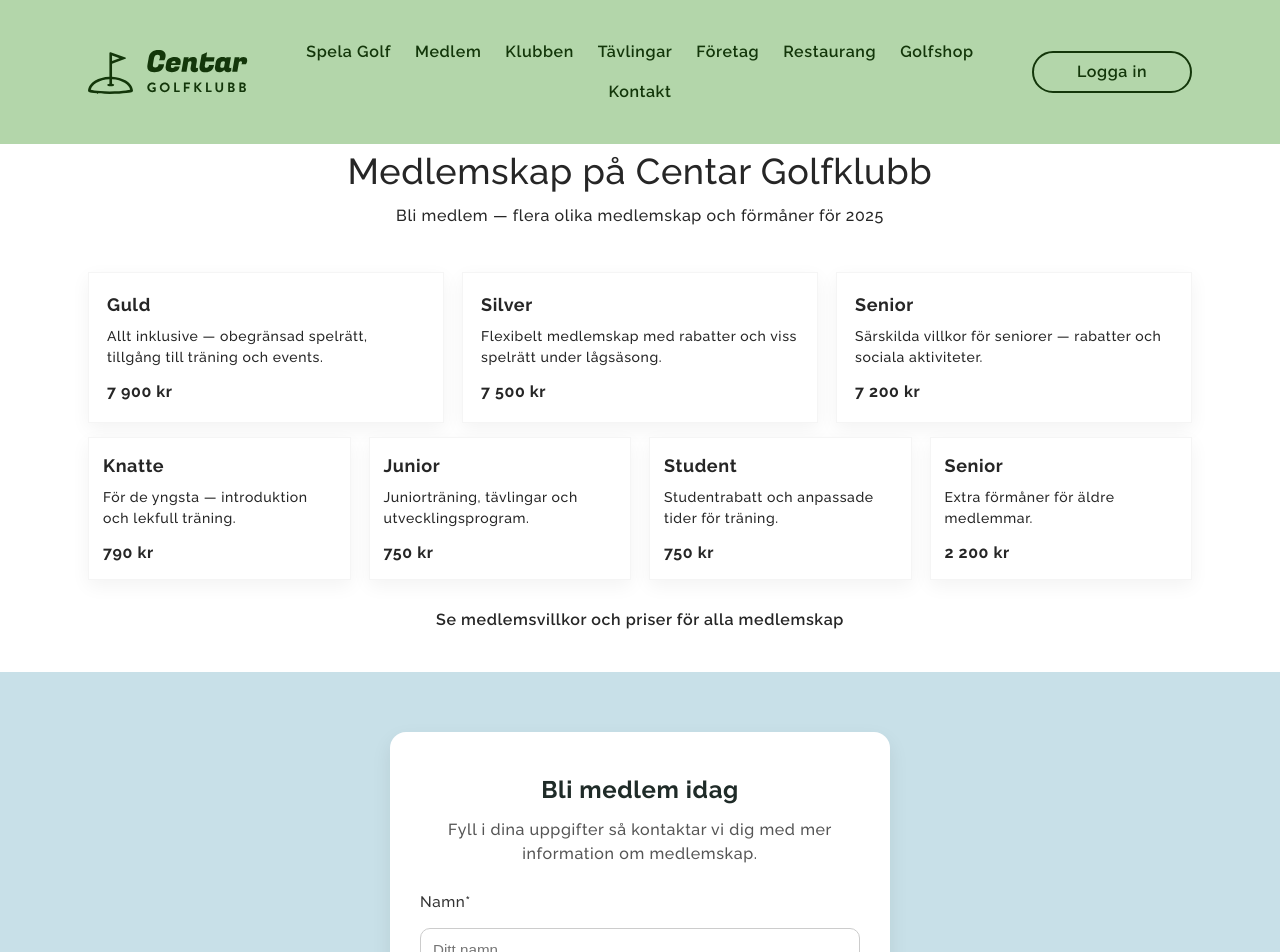
Repository: Tamana831/GolfklubbCentar
Page: Medlem.html
The author's editor kept a copy of each file at every save. The page is drawn from the files as they stood at one save, then again after the next save.
The browser window is 1280 px wide. The pictures show the part of the page from y = 0 to 952 px (the page is 2327 px tall before and 2823 px after).
A picture or video elsewhere on the page could not be fetched, so the positions and the page height are approximate.

Above is the page before, as saved 2025-10-23 22:41:06.

### Medlem.html
<!DOCTYPE html>
<html lang="sv">
  <head>
    <meta charset="UTF-8" />
    <meta name="viewport" content="width=device-width, initial-scale=1.0" />
    <title>Design element</title>
    <!-- variables.css och base.css måste ligga överst då vi vill att den ska läsas in först -->
    <link rel="stylesheet" href="styles/variables.css" />
    <link rel="stylesheet" href="styles/base.css" />
    <link rel="stylesheet" href="styles/medlem.css" />
  </head>
  <body>
    <!-- Sätter färg hela vägen ut -->
    <header class="bg-green-mid">
      <!-- Nedan div för att sätta maxbredd på sidan -->
      <nav class="container main-nav-wrapper">
        <a href="#"
          ><img
            src="images/centar_logotype_primary_dark.svg"
            alt="Centar logotype"
            class="logotype"
        /></a>
        <input type="checkbox" id="menu-toggle" />
        <label for="menu-toggle" class="menu-button-container">
          <span class="menu-button"></span>
          <!--inline-->
        </label>
        <div class="menu-wrapper">
            <ul>
            <li><a href="spelagolf.html">Spela Golf</a></li>
            <li><a href="medlem.html">Medlem</a></li>
            <li><a href="klubben.html">Klubben</a></li>
            <li><a href="tavling.html">Tävlingar</a></li>
            <li><a href="foretag.html">Företag</a></li>
            <li><a href="restaurang.html">Restaurang</a></li>
            <li><a href="golfshop.html">Golfshop</a></li>
            <li><a href="kontakt.html">Kontakt</a></li>
          </ul>
          <a href="#" class="button btn-primary-outline">Logga in</a>
        </div>
      </nav>
    </header>

  <!-- RUBRIK -->
    <section class="container">
      <div class="page-header">
        <h1 class="page-title">Medlemskap på Centar Golfklubb</h1>
      </div>
    </section>

    <!-- MEDLEMSKORT -->
    <section class="container">

        <p class="subtitle">Bli medlem — flera olika medlemskap och förmåner för 2025</p>
      </section>
    <section class="memberships">
      <div class="container">
        <div class="cards-grid cards-grid-top">
          <article class="card">
            <h3>Guld</h3>
            <p class="card-text">Allt inklusive — obegränsad spelrätt, tillgång till träning och events.</p>
            <div class="price">7 900 kr</div>

          </article>

          <article class="card">
            <h3>Silver</h3>
            <p class="card-text">Flexibelt medlemskap med rabatter och viss spelrätt under lågsäsong.</p>
            <div class="price">7 500 kr</div>
          </article>

          <article class="card">
            <h3>Senior</h3>
            <p class="card-text">Särskilda villkor för seniorer — rabatter och sociala aktiviteter.</p>
            <div class="price">7 200 kr</div>
          </article>
        </div>

        <div class="cards-grid cards-grid-bottom">
          <article class="card small">
            <h4>Knatte</h4>
            <p class="card-text">För de yngsta — introduktion och lekfull träning.</p>
            <div class="price">790 kr</div>
          </article>

          <article class="card small">
            <h4>Junior</h4>
            <p class="card-text">Juniorträning, tävlingar och utvecklingsprogram.</p>
            <div class="price">750 kr</div>
          </article>

          <article class="card small">
            <h4>Student</h4>
            <p class="card-text">Studentrabatt och anpassade tider för träning.</p>
            <div class="price">750 kr</div>
          </article>

          <article class="card small">
            <h4>Senior</h4>
            <p class="card-text">Extra förmåner för äldre medlemmar.</p>
            <div class="price">2 200 kr</div>
          </article>
        </div>

        <div class="center-cta">
          <a class="btn-outline" href="#">Se medlemsvillkor och priser för alla medlemskap</a>
        </div>
      </div>
    </section>
   <!-- Medlemsansökan -->
<section class="membership-apply">
  <div class="apply-box">
    <h2>Bli medlem idag</h2>
    <p>Fyll i dina uppgifter så kontaktar vi dig med mer information om medlemskap.</p>

    <form class="apply-form">
      <label for="name">Namn*</label>
      <input type="text" id="name" placeholder="Ditt namn" required>

      <label for="email">E-post*</label>
      <input type="email" id="email" placeholder="namn@exempel.se" required>

      <label for="phone">Telefonnummer</label>
      <input type="tel" id="phone" placeholder="070-123 45 67">

      <label for="membership">Välj medlemskap</label>
      <select id="membership">
        <option value="">Välj...</option>
        <option value="guld">Guld</option>
        <option value="silver">Silver</option>
        <option value="senior">Senior</option>
        <option value="junior">Junior</option>
        <option value="student">Student</option>
      </select>

      <button type="submit">Skicka ansökan</button>
    </form>
  </div>
</section>
 <!-- Image + benefits -->
    <section class="benefits">
      <div class="container benefits-inner">
        <div class="image-wrap">
          <!-- ersätt sökvägen med din bild -->
          <img src="assets/golf.jpg" alt="Golf green with ball">
        </div>

        <div class="benefits-text">
          <h2>Som medlem i Centar GK får du</h2>
          <ul>
            <li>Fri Rangekort i klubben (enligt medlemsvillkor)</li>
            <li>Vår årliga klubbträff och medlemsrabatter</li>
            <li>10% rabatt på privatlektioner med våra pro</li>
            <li>Förmånsrätt vid tävlingar och klubbaktiviteter</li>
          </ul>
        </div>
      </div>
    </section>
  </main>
<!-- FOOTER -->
    <footer class="bg-green-dark">
      <div class="container text-white footer-wrapper">
        <nav class="foot-nav-wrapper body-sm">
          <div class="foot-nav-item foot-logo-wrapper">
            <a href="#"
              ><img
                src="/images/centar_logo_wordmark_neg.svg"
                alt="Centar logotype negative"
                class="logo-wordmark"
            /></a>
          </div>
          <section class="foot-nav-item">
            <h5 class="overline">Navigera</h5>
            <ul>
              <li><a href="#">Om klubben</a></li>
              <li><a href="#">Banan</a></li>
              <li><a href="#">Företag & Partners</a></li>
              <li><a href="#">Träna Golf</a></li>
              <li><a href="#">Gäst</a></li>
            </ul>
          </section>
          <section class="foot-nav-item">
            <h5 class="overline">Öppettider</h5>
            <p>Måndag – Lördag: 7.30-17.00</p>
            <p>Söndag: 7.30–16.00</p>
          </section>
          <section class="foot-nav-item">
            <h5 class="overline">Kontakt</h5>
            <a href="mailto:centar@info.se">info@centargolfklubb.se</a>
            <a href="tel:+123456789">012-345 678</a>
            <address>Bergkvarn<br />700 88 Örebro</address>
          </section>
          <section class="foot-nav-item">
            <h5 class="overline">Följ oss</h5>
            <ul>
              <li><a href="#">Instagram</a></li>
              <li><a href="#">Facebook</a></li>
              <li><a href="#">LinkedIn</a></li>
            </ul>
          </section>
        </nav>
        <div class="byline-wrapper text-center">
          <p>
            &copy; 2025 | Designad och utvecklad av Emma Golander, Josefin
            Holgersson, Tim Hugdahl, Tamana Mohammadi  | webd25jon TUC | HTML
            och CSS med agila utvecklingsmetoder
          </p>
        </div>
      </div>
    </footer>
  </body>
</html>

### styles/variables.css
/* Variabler. I och med att vi lägger det i root så går de att nå i alla css-filer.*/
:root {
  /* FÄRGER */
  --color-green-dark: #13360a;
  --color-green-mid: #b3d6aa;
  --color-green-light: #ecf6e9;
  --color-green-accent: #14bf71;

  --color-blue-mid: #c8e0e8;
  --color-blue-light: #e4f0f4;
  --color-beige-light: #f4f3e9;

  --color-text-black: #262626;
  --color-text-grey: #3d3d3d;
  --color-text-white: #ffffff;

  /* SPACING */
  --space-xxs: 0.5rem; /* 8px, minsta avstånd, typ ikoner, små knappar*/
  --space-xs: 1rem; /* 16px, litet avstånd, tex mellan text och knapp  */
  --space-sm: 1.5rem; /* 24px, lite större, ofta mellan rubrik och text */
  --space-md: 2.5rem; /* 40px, ännu lite större, ofta mellan större rubrik och text */
  --space-lg: 3.5rem; /* 56px */
  --space-xl: 5rem; /* 80px, större block, typ mellan sektioner*/
  --space-xxl: 7.5rem; /* 120px, stort avstånd mellan sektioner */
}

### styles/base.css
@import url("https://fonts.googleapis.com/css2?family=Raleway:ital,wght@0,100..900;1,100..900&display=swap");
/* Reset */
* {
  box-sizing: border-box;
  margin: 0;
  padding: 0;
  line-height: 1.5;
}

body {
  color: var(--color-text-black); /* Textfärg för hela sidan */
  font-family: "Raleway", sans-serif;
  font-weight: 500;
  letter-spacing: 0.6px;
  -webkit-font-smoothing: antialiased;
  -moz-osx-font-smoothing: grayscale;
}

/* Klassen container styr sidans maxbredd. */
.container {
  margin: 0 auto;
  max-width: 1280px;
  /* Är det för tight padding i mobil?? */
  padding-left: var(--space-sm);
  padding-right: var(--space-sm);
}
/* @media (min-width: 768px) {
  .container {
    padding-left: var(--space-sm);
    padding-right: var(--space-sm);
  }
} */

/* ---------- BAKGRUNDSFÄRG styling  ---------- */
/* Gör vad som känns enklast, antingen med klass på html-elmentet eller med hjälp av css direkt på elementet. */
.bg-green-dark {
  background-color: var(--color-green-dark);
}
.bg-green-mid {
  background-color: var(--color-green-mid);
}
.bg-green-light {
  background-color: var(--color-green-light);
}
.bg-blue-mid {
  background-color: var(--color-blue-mid);
}
.bg-blue-light {
  background-color: var(--color-blue-light);
}
.bg-beige-light {
  background-color: var(--color-beige-light);
}

/* ---------- TEXT styling ---------- */
/* Utgår från mobil och skalar upp, se media queries */
/* text- för rubriker */
.text-xxl,
.text-xl,
.text-lg,
.text-md,
.text-sm {
  font-weight: 600;
  letter-spacing: normal; /* nollställer letter-spacing som är satt i body */
  line-height: 1.25;
}
.text-xxl {
  font-size: 2.5rem; /* 40px mobil, 64px desktop */
}
.text-xl {
  font-size: 2rem; /* 32px mobil, 48px desktop */
  margin-bottom: var(--space-md);
}
.text-lg {
  font-size: 1.75rem; /* 28px mobil, 32px desktop */
  margin-bottom: var(--space-sm);
}
.text-md {
  font-size: 1.25rem; /* 20px mobil, 24px desktop */
  margin-bottom: var(--space-xs);
}
.text-sm {
  font-size: 1rem; /* 16px */
  margin-bottom: var(--space-xs);
}
/* body- för brödtext och ingress */
.body-sm {
  font-size: 0.875rem; /* 14px */
}
.body {
  font-size: 1rem; /* 16px */
}
.body-lg {
  font-size: 1rem; /* 16px mobil, 20px desktop */
}
.overline {
  font-size: 1rem; /* 16px */
  font-weight: 500;
  text-transform: uppercase;
  letter-spacing: 1px;
}
/* Större px-storlek från tablet och uppåt */
@media (min-width: 768px) {
  .text-xxl {
    font-size: 4rem; /* 64px */
  }
  .text-xl {
    font-size: 3rem; /* 48px */
  }
  .text-lg {
    font-size: 2rem; /* 32px */
  }
  .text-md {
    font-size: 1.5rem; /* 24px */
  }
  .body-lg {
    font-size: 1.25rem; /* 20px */
  }
}
/* Hjälpklasser */
.text-center {
  text-align: center;
}
.text-white {
  color: var(--color-text-white);
}
.bold {
  font-weight: 700;
}
/* ----------  BUTTONS ---------- */
/* Grundstyling som gäller alla knappar (a-taggar och buttons) */
.button {
  /* Button reset */
  appearance: none; /* tar bort systemets knappstil. */
  -webkit-appearance: none; /* för Safari */
  -moz-appearance: none; /* för Firefox */
  border: none;
  font: inherit; /* Ärver samma font som sidan */
  /* Sätter fast höjd på knappar och justerar in med flex, så man vet att alla knappat alltid är lika höga. */
  height: 42px;
  width: fit-content;
  max-width: 100%;
  display: flex;
  justify-content: center;
  align-items: center;
  text-decoration: none;
  font-weight: 600;
  text-align: center;
  border-radius: 999px;
  padding: 0 var(--space-md); /* Enbart padding i sidled pga fast höjd och flex*/
  cursor: pointer;
  will-change: transform;
  transition: background-color 0.25s ease, transform 0.15s ease;
}
.button:hover {
  transform: scale(1.03);
}
.btn-primary {
  /* Mörkgrön */
  background-color: var(--color-green-dark);
  color: var(--color-beige-light);
}
.btn-cta {
  background-color: var(--color-green-accent);
  color: var(--color-text-white);
}
.btn-primary:hover,
.btn-cta:hover {
  background-color: color-mix(in srgb, var(--color-green-accent) 85%, black);
}
.btn-primary-outline {
  /* Mörkgrön outline */
  border: 2px solid var(--color-green-dark);
  background-color: transparent;
  color: var(--color-green-dark);
}
.btn-primary-outline:hover {
  background-color: var(--color-green-dark);
  color: var(--color-beige-light);
}
/* Focus ring t.ex. när man tabbar sig fram */
.button:focus-visible {
  outline: 3px solid color-mix(in srgb, var(--color-green-accent) 70%, white);
  outline-offset: 3px;
}
@media (max-width: 420px) {
  .button {
    height: auto;
    min-height: 42px;
    padding: 0.5rem var(--space-md);
    white-space: normal;
    line-height: 1.2;
  }
}

/* ---------- NAVIGATION ---------- */
.main-nav-wrapper {
  display: flex;
  justify-content: space-between;
  align-items: center;
  position: relative;
  padding-top: var(--space-sm);
  padding-bottom: var(--space-sm);
}
.logotype {
  width: 140px;
  /* Tar bort margin i botten på bild */
  display: block;
}
.menu-wrapper {
  position: absolute;
  top: 100%; /* lägger meny precis under nav */
  left: 0;
  right: 0;
  background-color: var(--color-green-mid);
  border-top: 1px solid var(--color-green-dark);
  box-shadow: 0 4px 16px 0 rgba(0, 0, 0, 0.08);
  display: flex;
  flex-direction: column;
  padding: var(--space-sm) var(--space-sm) var(--space-lg) var(--space-sm);
  gap: var(--space-xs); /* Avstånd mellan meny och knapp */
  /* Animerar opaciteten */
  max-height: 0;
  opacity: 0;
  overflow: hidden;
  transition: all 700ms cubic-bezier(0.23, 1, 0.32, 1);
}
.menu-wrapper li {
  list-style: none;
  font-size: 1.25rem;
  margin-bottom: var(--space-xs);
}
.menu-wrapper a {
  text-decoration: none;
  color: var(--color-green-dark);
  font-weight: 600;
  transition: background-color 0.5s;
}
.menu-wrapper li a:hover,
.menu-wrapper li a.current {
  padding-bottom: 4px;
  border-bottom: 2px solid var(--color-green-dark);
}
/* Styling hamburgerikon */
.menu-button-container {
  height: 100%;
  width: 32px;
  cursor: pointer;
  display: flex;
  flex-direction: column;
  justify-content: center;
  align-items: center;
}
/* Döljer själva checkboxen*/
#menu-toggle {
  display: none;
}
/* Checkbox (hamburgermenyn) kryssad, menyn visas */
#menu-toggle:checked ~ .menu-wrapper {
  max-height: 600px;
  opacity: 1;
}
/* Hamburgerikonens transformation till ett "X" */
#menu-toggle:checked + .menu-button-container .menu-button::before {
  margin-top: 0;
  transform: rotate(45deg);
}
#menu-toggle:checked + .menu-button-container .menu-button {
  background: transparent;
}
#menu-toggle:checked + .menu-button-container .menu-button::after {
  margin-top: 0;
  transform: rotate(-45deg);
}
/* Stylar "strecken" i hamburgermenyn  */
.menu-button,
.menu-button::before,
.menu-button::after {
  display: block;
  background-color: var(--color-green-dark);
  position: absolute;
  height: 3px;
  width: 30px;
  border-radius: 2px;
  transition: transform 400ms cubic-bezier(0.23, 1, 0.32, 1);
}
.menu-button::before {
  content: "";
  margin-top: -8px;
}
.menu-button::after {
  content: "";
  margin-top: 8px;
}
/* Desktop */
@media (min-width: 1024px) {
  .main-nav-wrapper {
    align-items: flex-start;
    padding-top: var(--space-md);
    padding-bottom: var(--space-md);
  }
  .logotype {
    width: 200px;
    padding-right: var(--space-md);
  }
  .menu-button-container {
    display: none; /* Döljer hamburgarikon */
  }
  .menu-wrapper {
    position: static;
    background-color: transparent;
    display: flex;
    flex-direction: row;
    align-items: flex-start;
    padding: 0;
    gap: var(--space-md); /* Avstånd mellan meny och knapp */
    box-shadow: none;
    border-top: none;
    /* Återställer styling för animering */
    max-height: none;
    opacity: 1;
    overflow: visible;
    transition: none;
  }
  .menu-wrapper ul {
    display: flex;
    flex-wrap: wrap;
    justify-content: center;
    align-items: center;
    column-gap: var(--space-sm);
    row-gap: var(--space-xs);
  }
  .menu-wrapper li {
    margin-bottom: 0;
    font-size: 1rem;
  }
  .menu-wrapper .button {
    min-width: 160px; /* Måste sätta bredd annars vill texten hamna på två rader */
  }
}
@media (min-width: 1200px) {
  .main-nav-wrapper {
    align-items: center;
  }
  .menu-wrapper {
    align-items: center;
  }
}

/* Exempel-styling */
.hero {
  display: flex;
  flex-direction: column;
  justify-content: center;
  align-items: center;
  background-color: plum; /* Färg och höjd för att man ska se något nu.*/
  height: 500px;
  margin-bottom: var(--space-xl);
}
.btn-wrapper {
  display: flex;
  gap: var(--space-xs);
}

/* ----------  FOOTER ---------- */
/* Container-klassen styr padding i sidled så sätter top och bottom här. */
.footer-wrapper {
  padding-top: var(--space-xl);
  padding-bottom: var(--space-md);
}
.foot-nav-wrapper {
  display: grid; /* Grid aktiverad från start */
  grid-template-columns: 1fr;
  gap: var(--space-md); /* Mellanrum mellan sektioner */
  margin-bottom: var(--space-md);
}
footer .logo-wordmark {
  width: 100px;
}
footer .overline {
  margin-bottom: var(--space-xxs);
}
.foot-nav-item a,
.foot-nav-item p,
.foot-nav-item address {
  margin-bottom: var(--space-xxs);
  font-style: normal;
}
.foot-nav-item li {
  list-style: none;
}
.foot-nav-item a {
  display: block;
  text-decoration: none;
  color: var(--color-text-white);
}
.foot-nav-item a:hover {
  text-decoration: underline;
}
.byline-wrapper {
  border-top: 0.5px solid var(--color-beige-light);
}
.byline-wrapper p {
  font-size: 0.75rem;
  padding-top: var(--space-sm);
}
/* Tablet */
@media (min-width: 768px) {
  .foot-nav-wrapper {
    grid-template-columns: repeat(3, 1fr);
  }
  .foot-logo-wrapper {
    grid-column: span 3;
  }
}
/* Desktop */
@media (min-width: 1200px) {
  .foot-nav-wrapper {
    grid-template-columns: repeat(5, 1fr);
  }
  .foot-logo-wrapper {
    grid-column: span 1;
  }
}

### styles/Medlem.css
/* styles.css */


/* container */
.container{
  width:90%;
  max-width:var(--container-max);
  margin:0 auto;

}
.membership-section {
  background: #d8e8ee;
  padding: 60px 0;
}

.membership-grid {
  display: grid;
  grid-template-columns: repeat(3, 1fr);
  gap: 24px;
}

.card {
  background: #fff;
  padding: 28px;
  border-radius: 14px;
  box-shadow: 0 6px 18px rgba(0,0,0,0.06);
}

/* Hero */
.hero{
  padding:30px 0 10px;
  background:linear-gradient(180deg, rgba(255,255,255,0.85), rgba(248,252,249,0.9));
}
.page-title{
  margin:0 0 6px;
  font-size:36px;
  text-align:center;
  font-weight:500;
}
.subtitle{
  text-align:center;
  color:var(--muted);
  margin-top:6px;
}

/* Memberships */
.memberships{
  padding:30px 0;
  background:var(--green-100);
}
.cards-grid{
  display:grid;
  gap:18px;
  margin:14px 0;
}
.cards-grid-top{
  grid-template-columns: repeat(3, 1fr);
}
.cards-grid-bottom{
  grid-template-columns: repeat(4, 1fr);
}

/* Card */
.card{
  background: #fff;
  border-radius:var(--radius);
  padding:18px;
  box-shadow: 0 6px 18px rgba(20,20,20,0.05);
  border: 1px solid rgba(0,0,0,0.04);
}
.card h3, .card h4{
  margin:0 0 8px;
  font-size:18px;
}
.card .card-text{
  color:var(--muted);
  font-size:14px;
  margin-bottom:12px;
}
.price{
  font-weight:700;
  color:var(--accent);
  font-size:16px;
}

/* small cards slightly different padding */
.card.small{padding:14px}

/* CTA center */
.center-cta{
  display:flex;
  justify-content:center;
  margin-top:18px;
}
.btn-outline{
  display:inline-block;
  padding:10px 18px;
  border-radius:999px;
  border:2px solid var(--accent);
  color:var(--accent);
  text-decoration:none;
  font-weight:600;
}

/* Benefits (bilder + text) */
.benefits{
  padding:36px 0 80px;
}
.benefits-inner{
  display:grid;
  grid-template-columns: 1fr 1fr;
  gap:28px;
  align-items:center;
  background:transparent;
}
.image-wrap img{
  width:100%;
  height:auto;
  border-radius:16px;
  display:block;
  box-shadow: 0 10px 30px rgba(10,10,10,0.06);
}
.benefits-text h2{
  margin-top:0;
  font-size:26px;
}
.benefits-text ul{
  padding-left:18px;
  color:var(--muted);
  margin-top:12px;
}
.benefits-text li{
  margin-bottom:10px;
}

/* -- Medlemsansökan box -- */
.membership-apply {
  background: #C8E0E8;
  padding: 60px 20px;
  display: flex;
  justify-content: center;
}

.apply-box {
  background: #ffffff;
  border-radius: 16px;
  padding: 40px 30px;
  box-shadow: 0 8px 20px rgba(0,0,0,0.08);
  max-width: 500px;
  width: 100%;
  text-align: center;
}

.apply-box h2 {
  color: #1f2b28;
  margin-bottom: 10px;
}

.apply-box p {
  color: #555;
  margin-bottom: 25px;
}

.apply-form {
  display: flex;
  flex-direction: column;
  gap: 14px;
  text-align: left;
}

.apply-form label {
  font-weight: 500;
  font-size: 0.95rem;
  color: #333;
}


.apply-form input,
.apply-form select {
  padding: 10px 12px;
  border-radius: 10px;
  border: 1px solid #ccc;
  font-size: 0.95rem;
}

.apply-form button {
  margin-top: 10px;
  background: #4a7a53;
  color: white;
  border: none;
  border-radius: 999px;
  padding: 12px 20px;
  font-size: 1rem;
  font-weight: 600;
  cursor: pointer;
  transition: background 0.25s ease;
}

.apply-form button:hover {
  background: #3d6848;
}

After the next save:
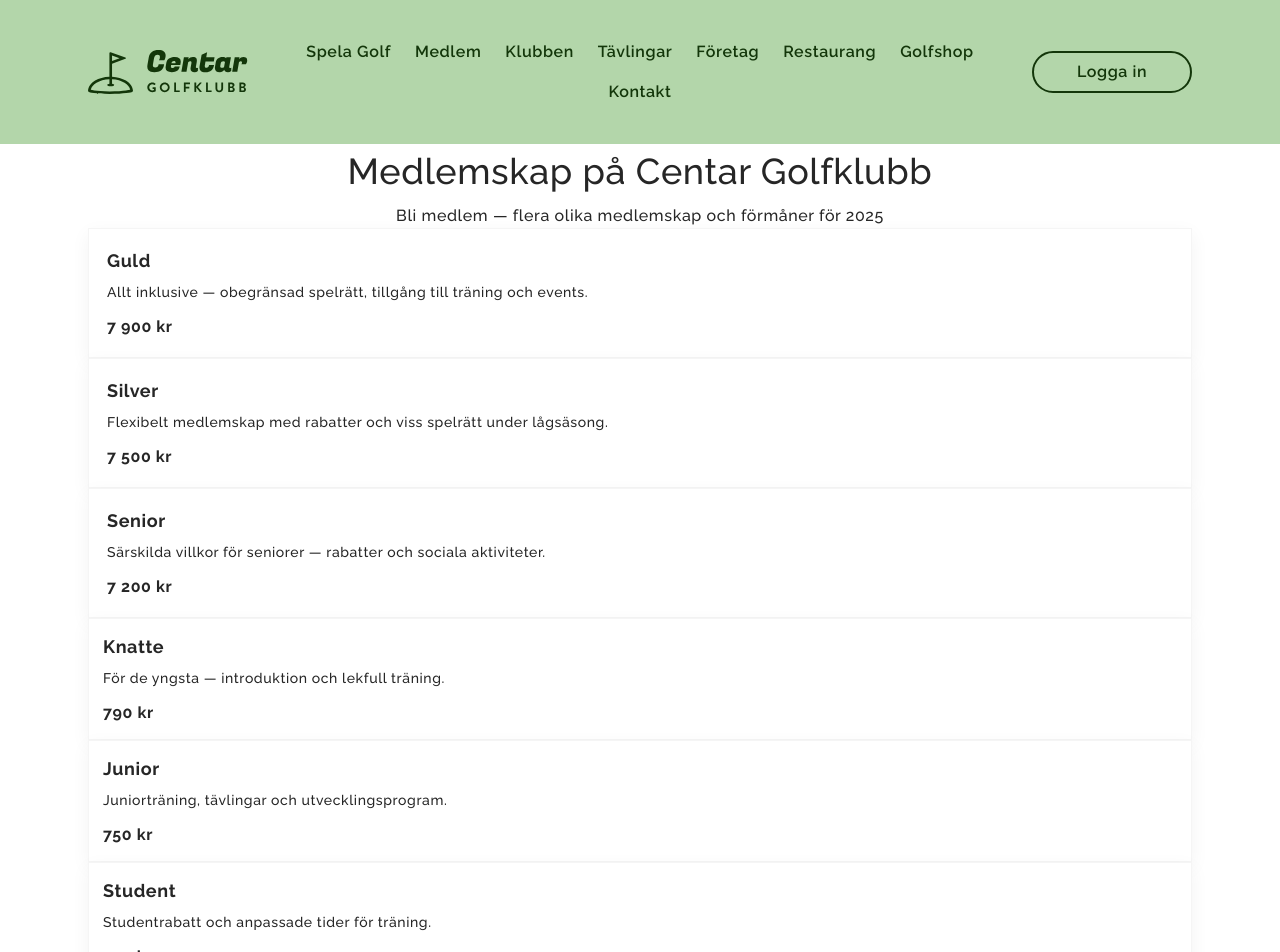
Saved 40 s later.
--- a/styles/Medlem.css
+++ b/styles/Medlem.css
@@ -43,22 +43,7 @@
   margin-top:6px;
 }
 
-/* Memberships */
-.memberships{
-  padding:30px 0;
-  background:var(--green-100);
-}
-.cards-grid{
-  display:grid;
-  gap:18px;
-  margin:14px 0;
-}
-.cards-grid-top{
-  grid-template-columns: repeat(3, 1fr);
-}
-.cards-grid-bottom{
-  grid-template-columns: repeat(4, 1fr);
-}
+
 
 /* Card */
 .card{
